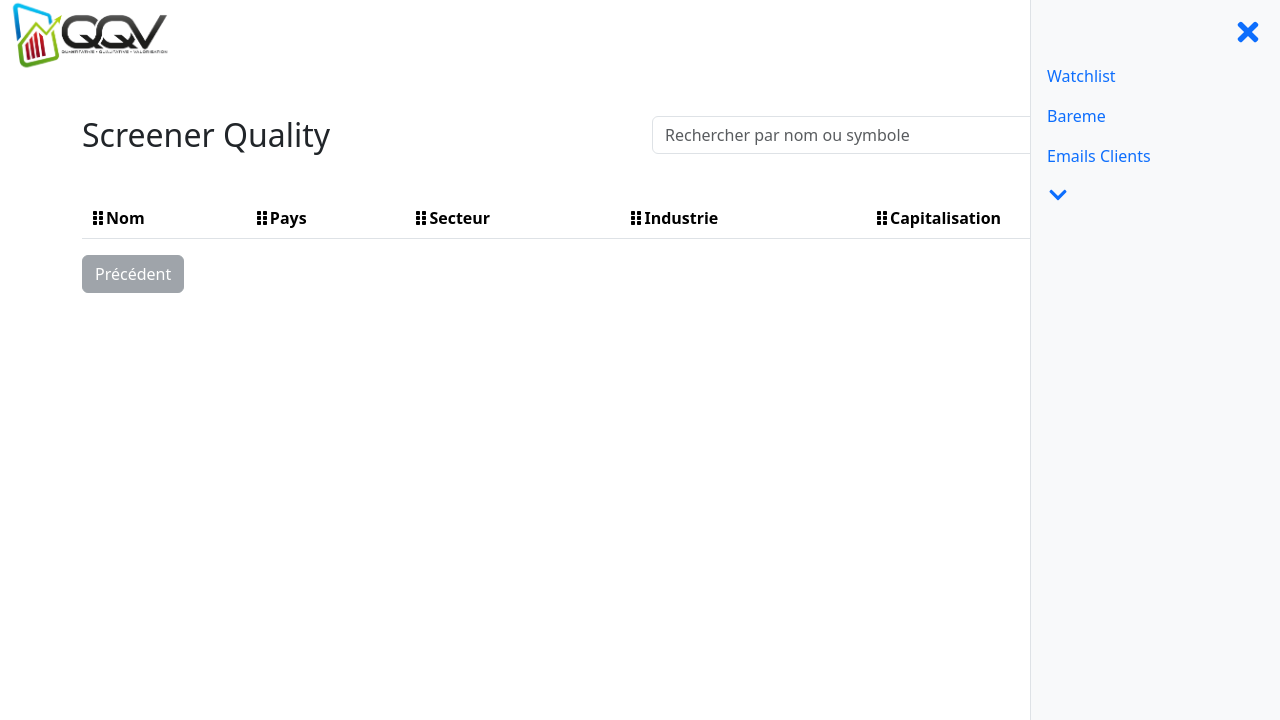
Repository: adamaadev/comeup
Page: / (app in admin/), after clicking the first element matching `button.btn`
These files come from the project's save history. The page is drawn as it stood at one moment and after the next save; the edit follows.
The browser window is 1280 px wide. The pictures show the whole page.
The page's requests for data from a server got no answer. The project was rebuilt for these pictures with package versions that can differ from the ones it lists, and the page was loaded fresh each time. No one was signed in, and anything a server would have sent is missing. Also part of the build but not shown: admin/src/pages/Auth/Login.js, admin/src/pages/Home/Watchlist.js, admin/src/pages/Home/Prix.js, admin/src/pages/Home/Douve.js, admin/src/pages/Home/Scenario.js, admin/src/pages/Services/Questions.js, admin/src/pages/Home/Analyse.js, admin/src/pages/Home/Foire.js and 9 more.

Above is the page before, as saved 2024-09-09 16:57:08.

After the next save:
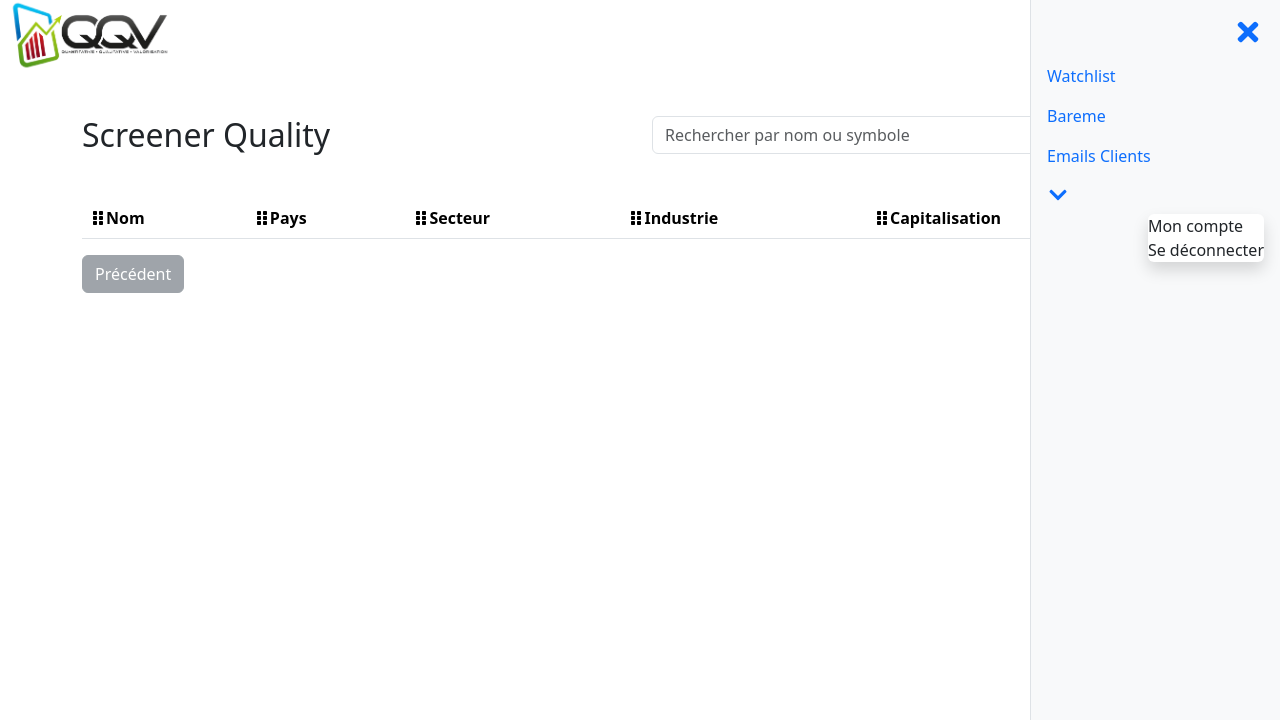
Saved 2 min 9 s later.
--- a/admin/src/pages/Home/Home.js
+++ b/admin/src/pages/Home/Home.js
@@ -75,12 +75,10 @@ export default function Home() {
                 {name}
                 {isMenuOpen ? <FaChevronUp size={20} /> : <FaChevronDown size={20} />}
               </button>
-              {isMenuOpen && (
                 <div className="position-absolute top-100 end-0 bg-white shadow rounded mt-2">
                   <NavLink to={'/compte'} className="dropdown-item" style={{ textDecoration: 'none' }}>Mon compte</NavLink>
                   <button onClick={handleLogout} className="dropdown-item btn btn-link" style={{ textDecoration: 'none' }}>Se déconnecter</button>
                 </div>
-              )}
             </div>
           </nav>
         </aside>
